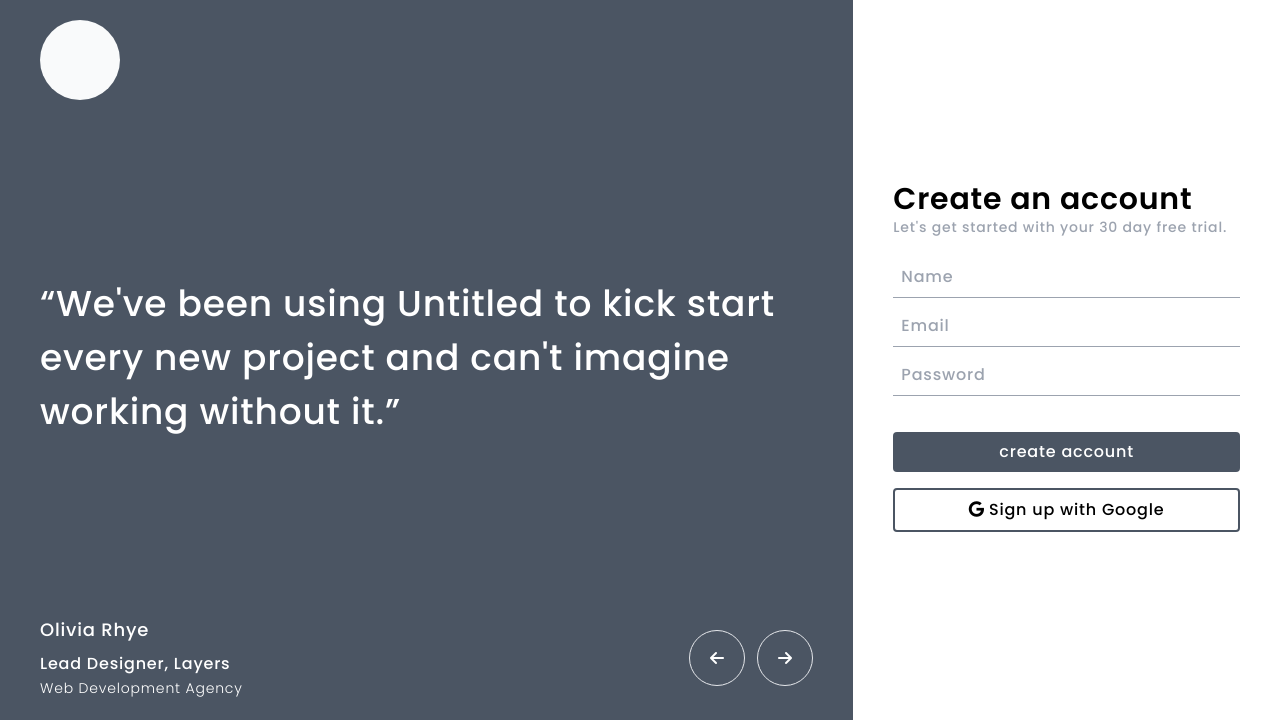
Repository: debthebuilder/youtube-html-contact-form-tailwindcss
Page: contact.html
An editor plug-in stored every save of this project. The page is shown before and after the next save, followed by the edit.
The browser window is 1280 px wide. The pictures show the whole page.
Some web libraries are served in a nearby version.

Above is the page before, as saved 2022-08-03 06:04:39.

### contact.html
<!DOCTYPE html>
<html lang="en">
<head>
    <meta charset="UTF-8">
    <meta http-equiv="X-UA-Compatible" content="IE=edge">
    <meta name="viewport" content="width=device-width, initial-scale=1.0">
    <link rel="stylesheet" href="https://cdnjs.cloudflare.com/ajax/libs/font-awesome/6.1.2/css/all.min.css" integrity="sha512-1sCRPdkRXhBV2PBLUdRb4tMg1w2YPf37qatUFeS7zlBy7jJI8Lf4VHwWfZZfpXtYSLy85pkm9GaYVYMfw5BC1A==" crossorigin="anonymous" referrerpolicy="no-referrer" />
    <link rel="preconnect" href="https://fonts.googleapis.com">
    <link rel="preconnect" href="https://fonts.gstatic.com" crossorigin>
    <link href="https://fonts.googleapis.com/css2?family=Poppins:wght@300;500;600&display=swap" rel="stylesheet">
    <script src="https://cdn.tailwindcss.com"></script>
    <title>HTML Contact Form</title>
    <style>
        body{
            font-family: 'Poppins', sans-serif;
        }
    </style>
</head>
<body>
    <div class="w-full h-screen flex tracking-wider">
        <!--Background Image with Overlay text-->
        <div class="w-4/6 bg-gray-600 text-white flex flex-col justify-between py-5 px-10">
            <a href="#" class="block">
                <div class="w-20 h-20 bg-gray-50 rounded-full"></div>
            </a>
            <q class="text-4xl leading-normal ">We've been using Untitled to kick start every new project and can't imagine working without it.</q>
            <div class="flex flex-row items-center justify-between">
                <div>
                    <h3 class="mb-2 text-lg">Olivia Rhye</h3>
                    <div class="font-normal">Lead Designer, Layers</div>
                    <span class="font-light text-sm">Web Development Agency</span>
                </div>
                <div class="flex">
                    <span class="w-14 h-14 flex items-center justify-center border rounded-full">
                        <i class="fa-solid fa-arrow-left"></i>
                    </span>
                    <span class="w-14 h-14 flex items-center justify-center border rounded-full ml-3">
                        <i class="fa-solid fa-arrow-right"></i>
                    </span>

                </div>
            </div>
        </div>
        <!--Form-->
        <div class="w-2/6 px-10 flex flex-col justify-center">
            <h2 class="text-3xl font-semibold">Create an account</h2>
            <span class="text-sm text-gray-400">Let's get started with your 30 day free trial.</span>
            <form class="my-5">
                <input type="text" name="name" placeholder="Name" class="w-full border-b border-gray-400 text-gray-400 pb-2 px-2 focus:outline-none focus:border-0 focus:border-b-2 my-2">
                <input type="email" name="email" placeholder="Email" class="w-full border-b border-gray-400 text-gray-400 pb-2 px-2 focus:outline-none focus:border-0 focus:border-b-2 my-2">
                <input type="password" name="password" placeholder="Password" class="w-full border-b border-gray-400 text-gray-400 pb-2 px-2 focus:outline-none focus:border-0 focus:border-b-2 my-2">

            </form>
            <button class="block bg-gray-600 w-full py-2 rounded my-2 text-white">create account</button>
            <button class="block border-2 border-gray-600  w-full py-2 my-2 rounded"><span class="mr-1"><i class="fa-brands fa-google"></i></span>Sign up with Google</button>
        </div>
    </div>
</body>
</html>

After the next save:
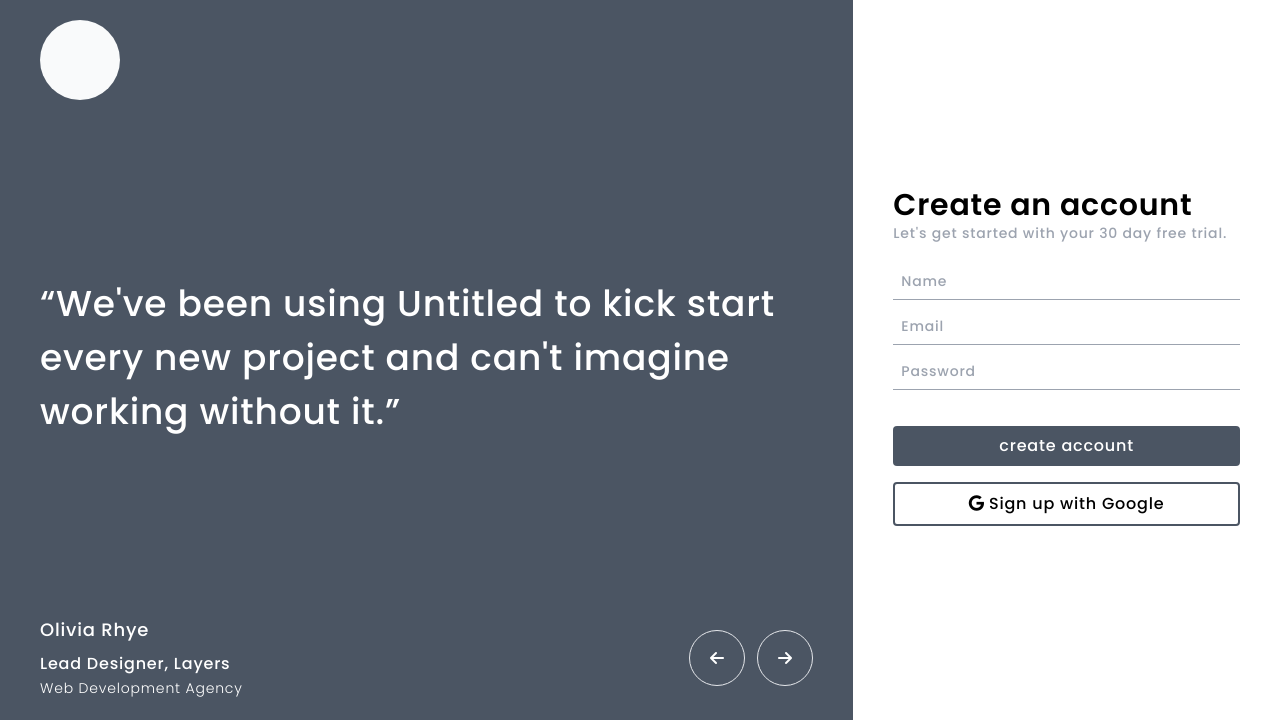
Saved 7 s later.
--- a/contact.html
+++ b/contact.html
@@ -46,9 +46,9 @@
             <h2 class="text-3xl font-semibold">Create an account</h2>
             <span class="text-sm text-gray-400">Let's get started with your 30 day free trial.</span>
             <form class="my-5">
-                <input type="text" name="name" placeholder="Name" class="w-full border-b border-gray-400 text-gray-400 pb-2 px-2 focus:outline-none focus:border-0 focus:border-b-2 my-2">
-                <input type="email" name="email" placeholder="Email" class="w-full border-b border-gray-400 text-gray-400 pb-2 px-2 focus:outline-none focus:border-0 focus:border-b-2 my-2">
-                <input type="password" name="password" placeholder="Password" class="w-full border-b border-gray-400 text-gray-400 pb-2 px-2 focus:outline-none focus:border-0 focus:border-b-2 my-2">
+                <input type="text" name="name" placeholder="Name" class="w-full border-b border-gray-400 text-gray-400 pb-2 px-2 text-sm focus:outline-none focus:border-0 focus:border-b-2 my-2">
+                <input type="email" name="email" placeholder="Email" class="w-full border-b border-gray-400 text-gray-400 pb-2 px-2 text-sm focus:outline-none focus:border-0 focus:border-b-2 my-2">
+                <input type="password" name="password" placeholder="Password" class="w-full border-b border-gray-400 text-gray-400 pb-2 px-2 text-sm focus:outline-none focus:border-0 focus:border-b-2 my-2">
 
             </form>
             <button class="block bg-gray-600 w-full py-2 rounded my-2 text-white">create account</button>
